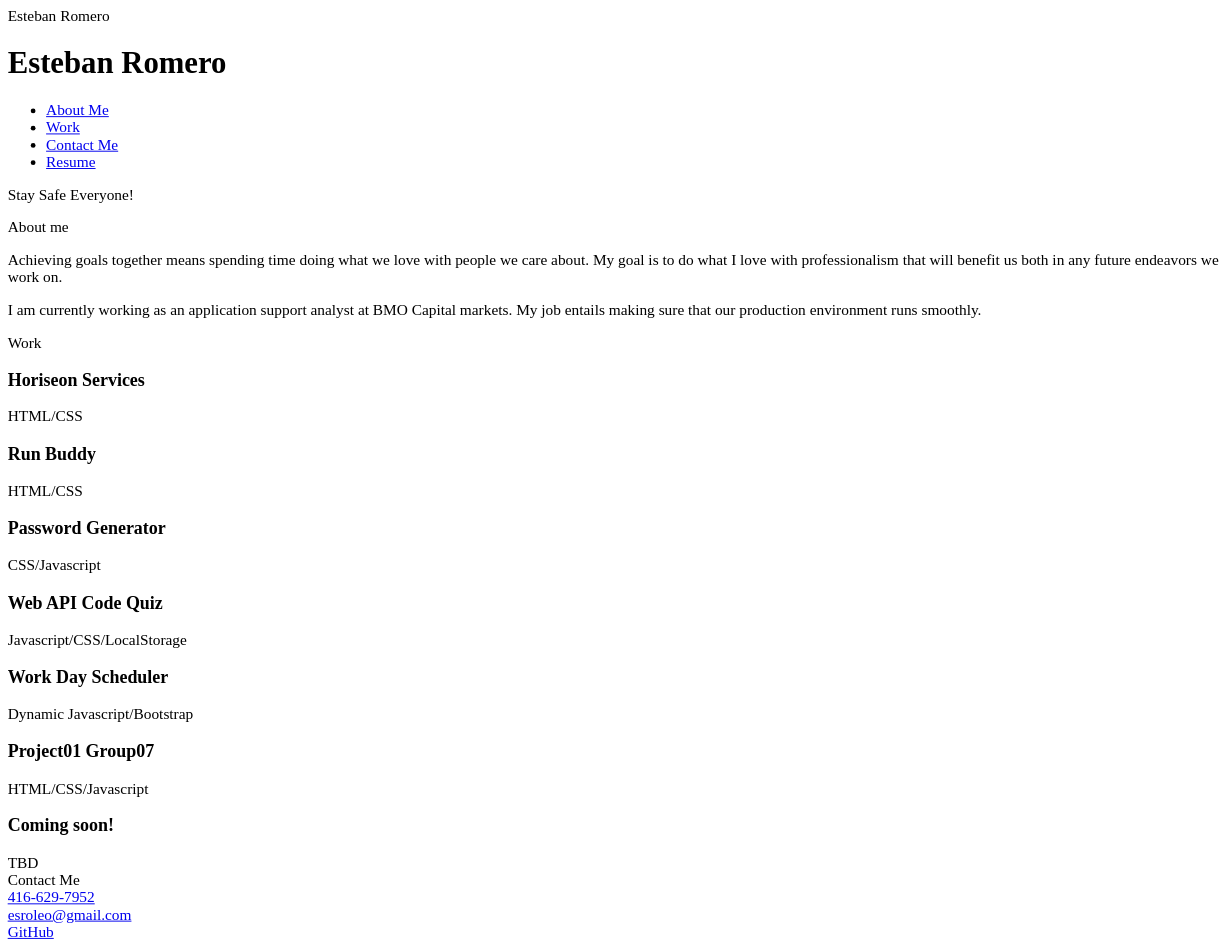
Repository: Mervens/MV-Portfolio
Page: index.html
An editor plug-in stored every save of this project. The page is shown before and after the next save, followed by the edit.
The browser window is 1280 px wide. The pictures show the whole page, at 96% of full size.
Some web fonts or font styles are not loaded; a fallback is used.

Above is the page before, as saved 2021-10-08 14:50:38.
Not found: assets/css/style.css
Not found: assets/index.js

After the next save:
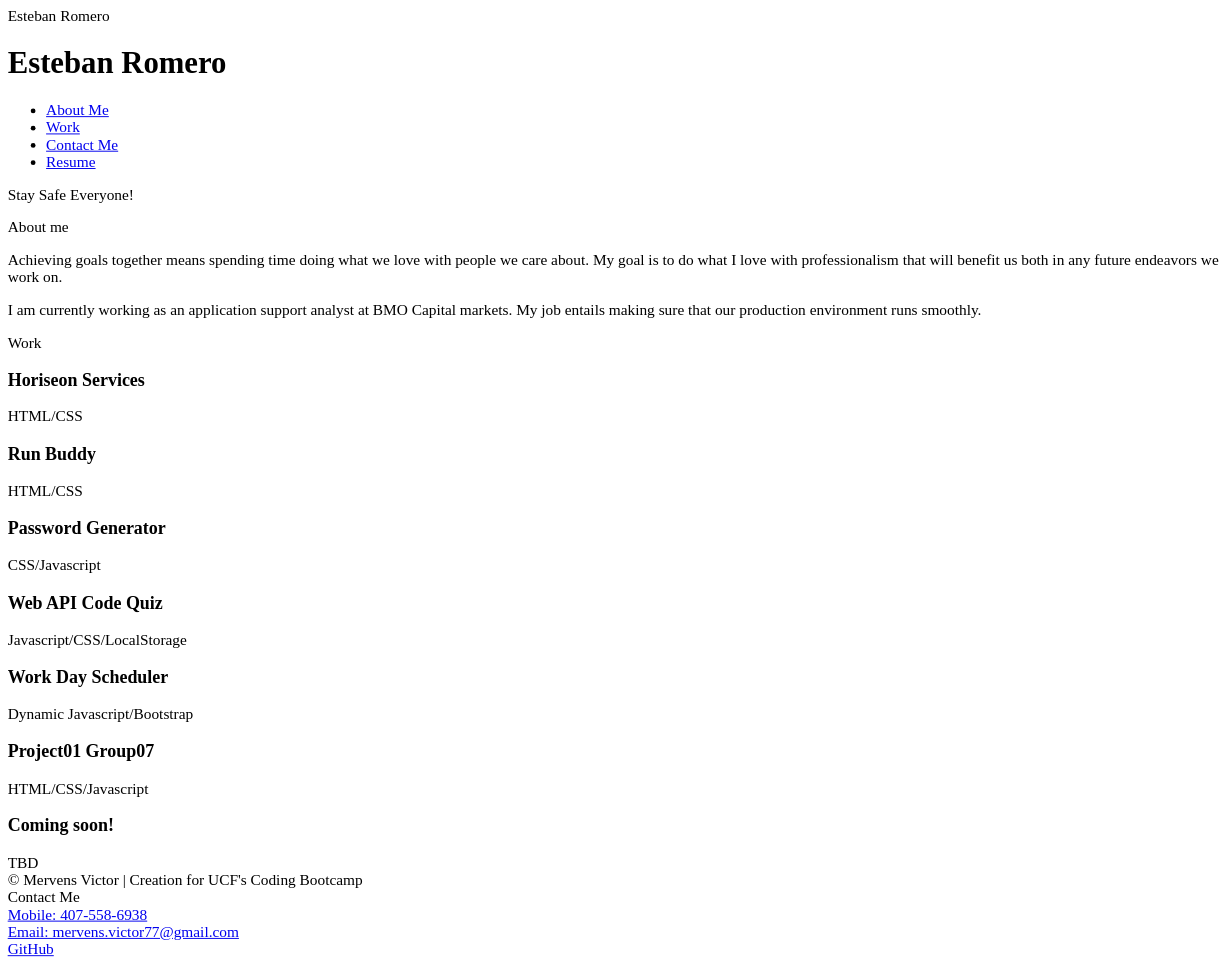
Saved 37 min 3 s later.
--- a/index.html
+++ b/index.html
@@ -125,20 +125,20 @@
 
     <!-- Footer content Grid-->
     <footer>
-        <div id="contact-me" class="footer-wrapper"> <!-- Id's coming from the header nav and a flex wrapper -->
-            <div class="footer-container"> <!-- footer container is a grid container -->
-                <!-- Each grid item has its own grid location achieved by creating one object/instance per class -->
-                <div class="footer-grid-item contact-me"> <!-- Each item is a grid item -->
+        © Mervens Victor | Creation for UCF's Coding Bootcamp
+        <div id="contact-me" class="footer-wrapper">
+            <div class="footer-container">
+                <div class="footer-grid-item contact-me">
                     Contact Me
                 </div>
                 <div class="footer-grid-item phone">
-                    <a href="tel:416-629-7952" class="nav-effects">416-629-7952</a>
+                    <a href="tel:407-558-6938" class="nav-effects">Mobile: 407-558-6938</a>
                 </div>
                 <div class="footer-grid-item email">
-                    <a href="mailto:esroleo@gmail.com">esroleo@gmail.com</a>
+                    <a href="mailto:mervens.victor77@gmail.com">Email: mervens.victor77@gmail.com</a>
                 </div>
                 <div class="footer-grid-item git-hub">
-                    <a href="https://github.com/esroleo/" target="_blank">GitHub</a>
+                    <a href="https://github.com/Mervens/" target="_blank">GitHub</a>
                 </div>
             </div>
         </div>
